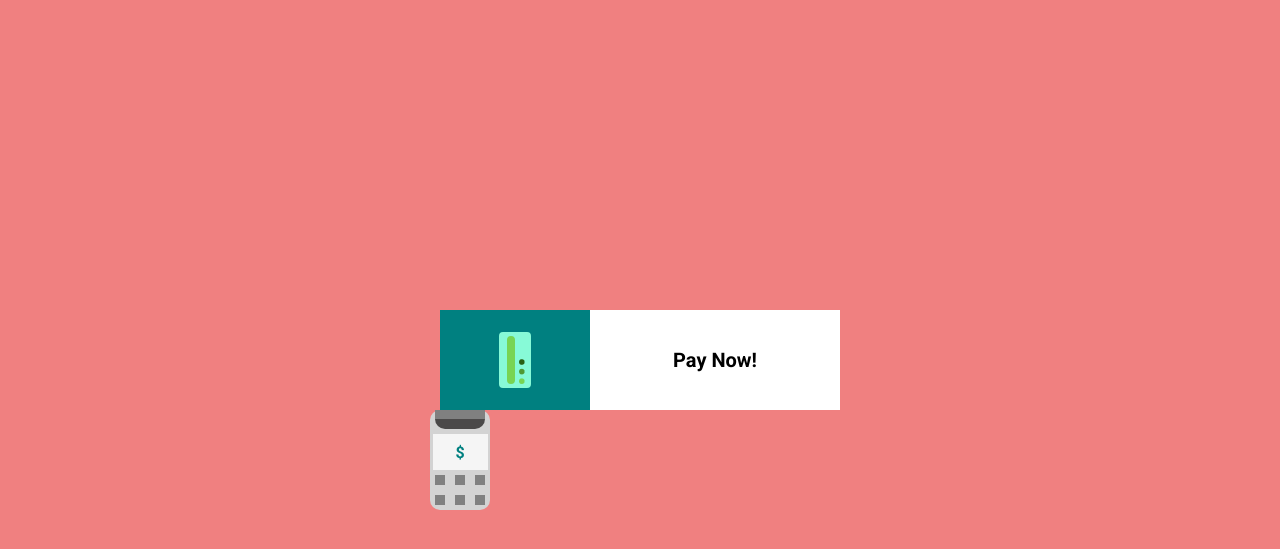
Repository: safak/animation
Page: index.html
The author's editor kept a copy of each file at every save. The page is drawn from the files as they stood at one save, then again after the next save.
The browser window is 1280 px wide. The pictures show the whole page.
The pointer rests on the first visible `.container`.

Above is the page before, as saved 2020-12-19 01:21:09.

After the next save:
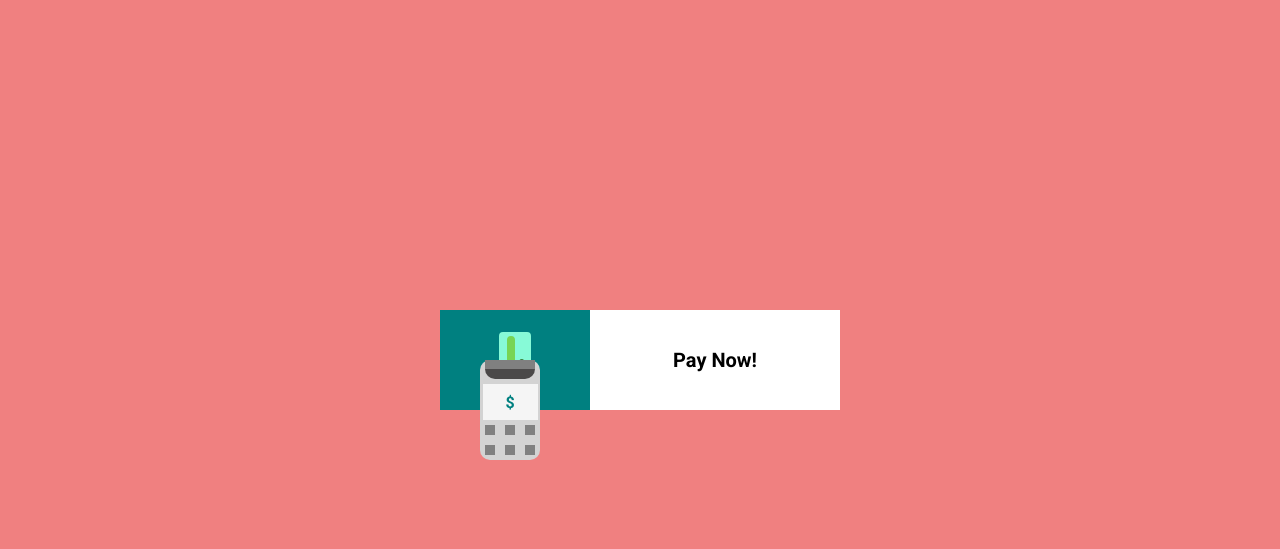
Saved 4 s later.
--- a/style.css
+++ b/style.css
@@ -154,5 +154,5 @@ body {
 }
 
 .container:hover .post {
-  transform: translateX(-50px);
+  transform: translateY(-50px);
 }
